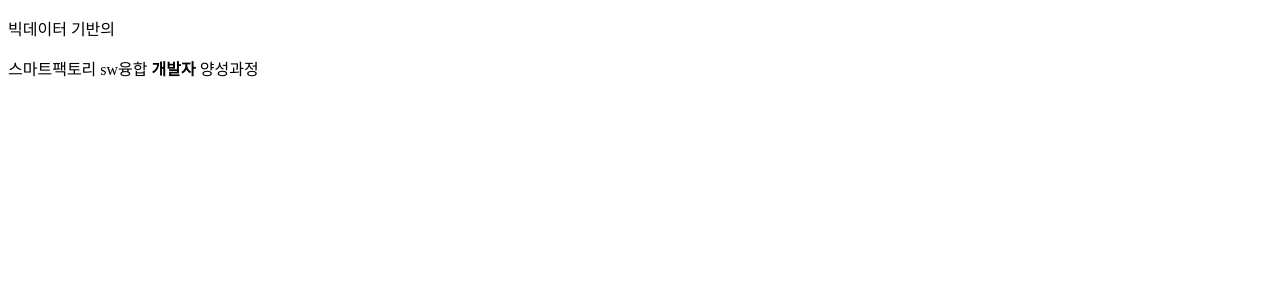
Repository: nijooymik/smartfactory
Page: jsp/t0718/src/main/webapp/html/test02.html
The author's editor kept a copy of each file at every save. The page is drawn from the files as they stood at one save, then again after the next save.
The browser window is 1280 px wide. The pictures show the whole page.

Above is the page before, as saved 2022-07-18 01:56:14.

After the next save:
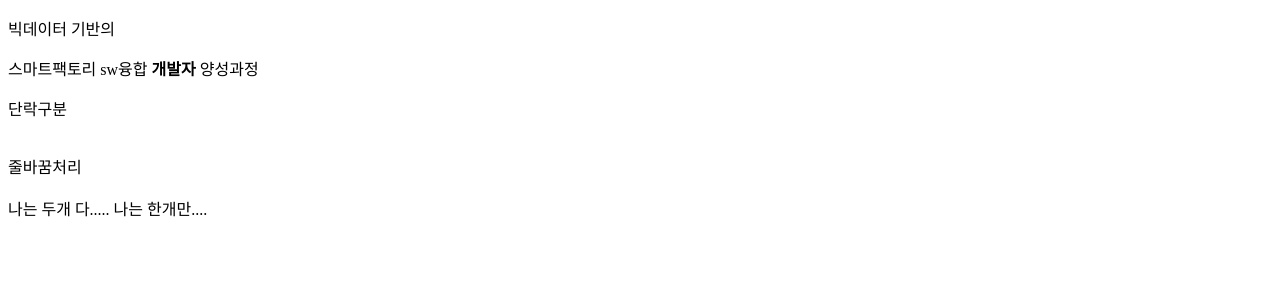
Saved 5 min 9 s later.
--- a/jsp/t0718/src/main/webapp/html/test02.html
+++ b/jsp/t0718/src/main/webapp/html/test02.html
@@ -7,5 +7,11 @@
 <body>
 	<p> 빅데이터 기반의  </p>
 	스마트팩토리 sw융합 <b>개발자</b> 양성과정
+	<!-- 나는 주석 -->
+
+	<p>단락구분</p>
+	<br>줄바꿈처리<br><br>
+	나는 두개 다.....
+	나는 한개만....
 </body>
 </html>
